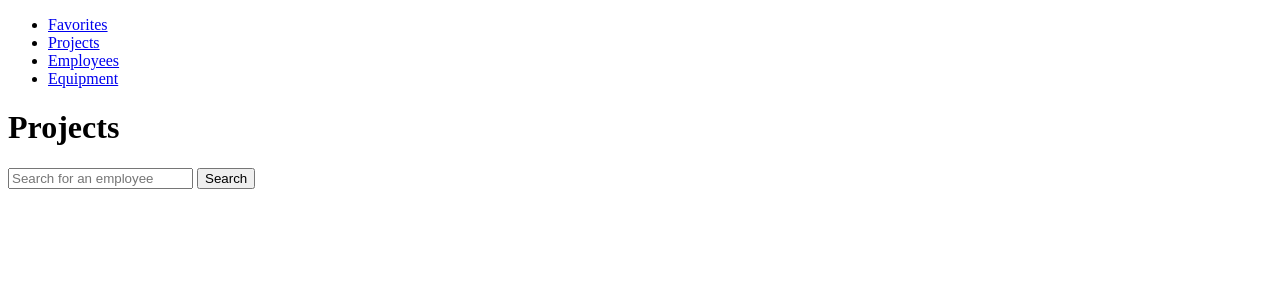
Repository: Kayla-amr/workApp
Page: client/projects.html
The author's editor kept a copy of each file at every save. The page is drawn from the files as they stood at one save, then again after the next save.
The browser window is 1280 px wide. The pictures show the whole page.
The page's requests for data from a server got no answer.

Above is the page before, as saved 2023-12-10 15:16:43.
Console error (its wording comes from the project's code and is left out).

After the next save:
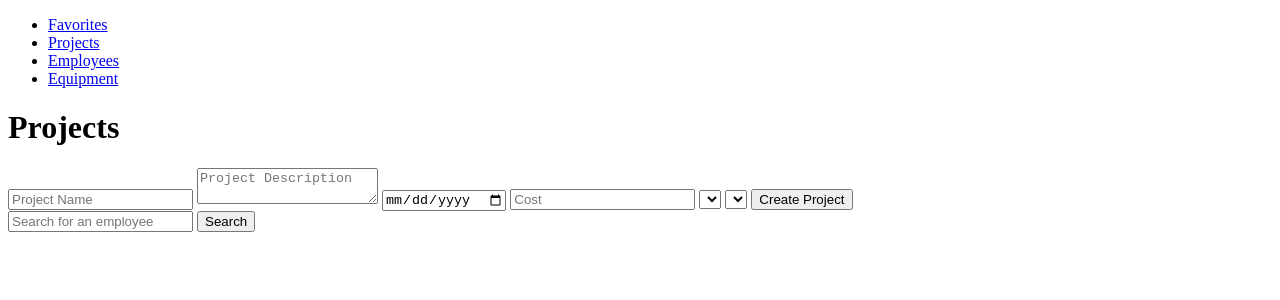
The error is gone.
Saved 11 s later.
--- a/client/projects.html
+++ b/client/projects.html
@@ -18,6 +18,17 @@
     <div id="app">
         <h1>Projects</h1>
 
+        <form class="newProject">
+            <input class="newProjectName" name="name" type="text" placeholder="Project Name">
+            <textarea class="newProjectDescription" name="description" placeholder="Project Description"></textarea>
+            <input class="newProjectDueDate" name="dueDate" type="date" placeholder="Due Date">
+            <input class="newProjectCost" name="cost" type="number" placeholder="Cost">
+            <select class="newProjectEmployees" name="employees"></select>
+            <select class="newProjectEquipment" name="equipment"></select>
+
+            <button class="saveBtn">Create Project</button>
+        </form>
+
         <div class="search">
             <input class="searchProject" type="text" placeholder="Search for an employee">
             <button class="searchPBtn">Search</button>
